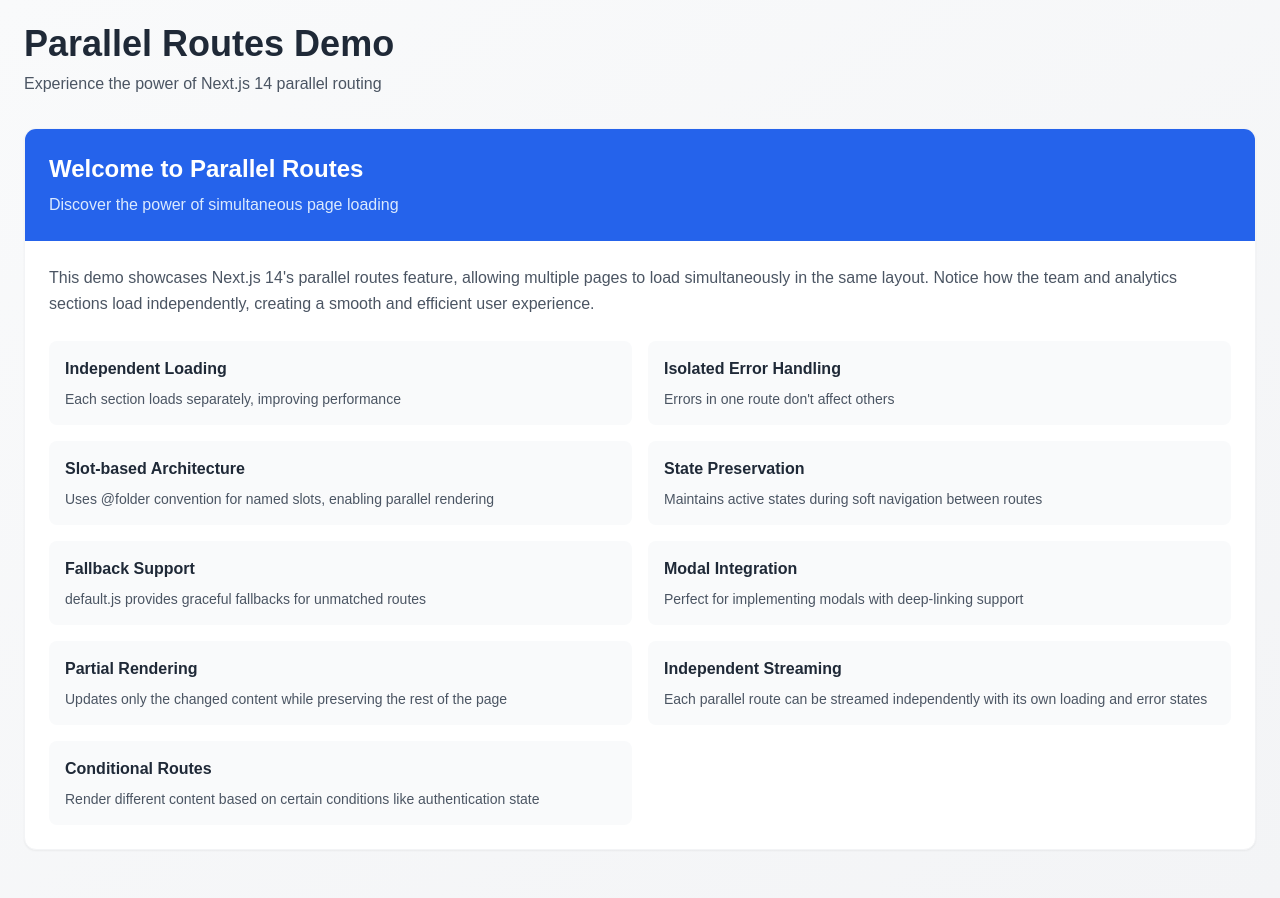
Repository: Dark-Developer93/parallel-routes
Page: /
An editor plug-in stored every save of this project. The page is shown before and after a run of saves, followed by the edit.
The browser window is 1280 px wide. The pictures show the whole page.
The project was rebuilt for these pictures with package versions that can differ from the ones it lists, and the page was loaded fresh each time. The framework's server and built-in components were replaced by stand-ins that run in the browser. Also part of the build but not shown: next.config.ts.

Above is the page before, as saved 2024-12-12 15:00:49.

After the next 2 saves:
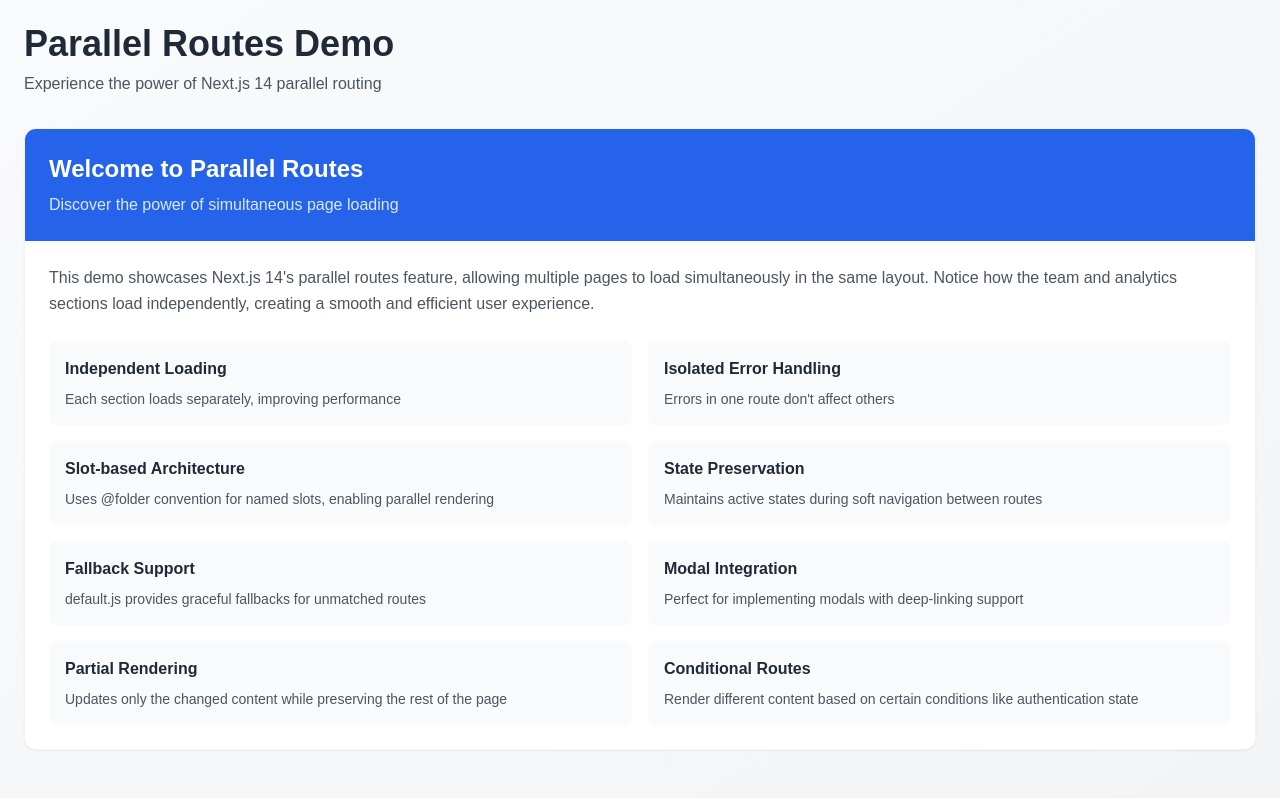
The 2 saves are shown as one change because they came seconds apart.
The last was saved 10 s later.
--- a/src/app/page.tsx
+++ b/src/app/page.tsx
@@ -79,15 +79,6 @@
             </div>
             <div className="bg-gray-50 p-4 rounded-lg">
               <h3 className="font-semibold text-gray-800 mb-2">
-                Independent Streaming
-              </h3>
-              <p className="text-sm text-gray-600">
-                Each parallel route can be streamed independently with its own
-                loading and error states
-              </p>
-            </div>
-            <div className="bg-gray-50 p-4 rounded-lg">
-              <h3 className="font-semibold text-gray-800 mb-2">
                 Conditional Routes
               </h3>
               <p className="text-sm text-gray-600">
